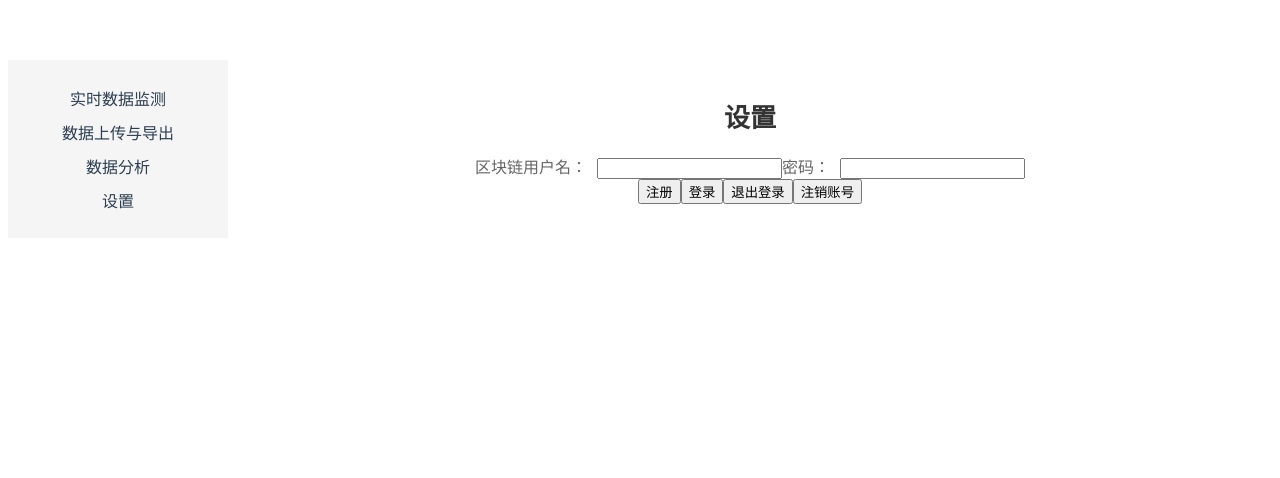
Repository: hyperion0831/The-management-of-IoT-data-sharing-based-on-blockchain
Page: / (app in Dz/frontend/)
An editor plug-in stored every save of this project. The page is shown before and after the next save, followed by the edit.
The browser window is 1280 px wide. The pictures show the whole page.
The project was rebuilt for these pictures with package versions that can differ from the ones it lists, and the page was loaded fresh each time. Also part of the build but not shown: Dz/frontend/vue.config.js, Dz/frontend/src/components/dashboard/DataUploadAndExport.vue, Dz/frontend/src/components/dashboard/DataAnalysis.vue, Dz/frontend/src/components/dashboard/AppSettings.vue.

Above is the page before, as saved 2024-11-03 20:52:45.

After the next save:
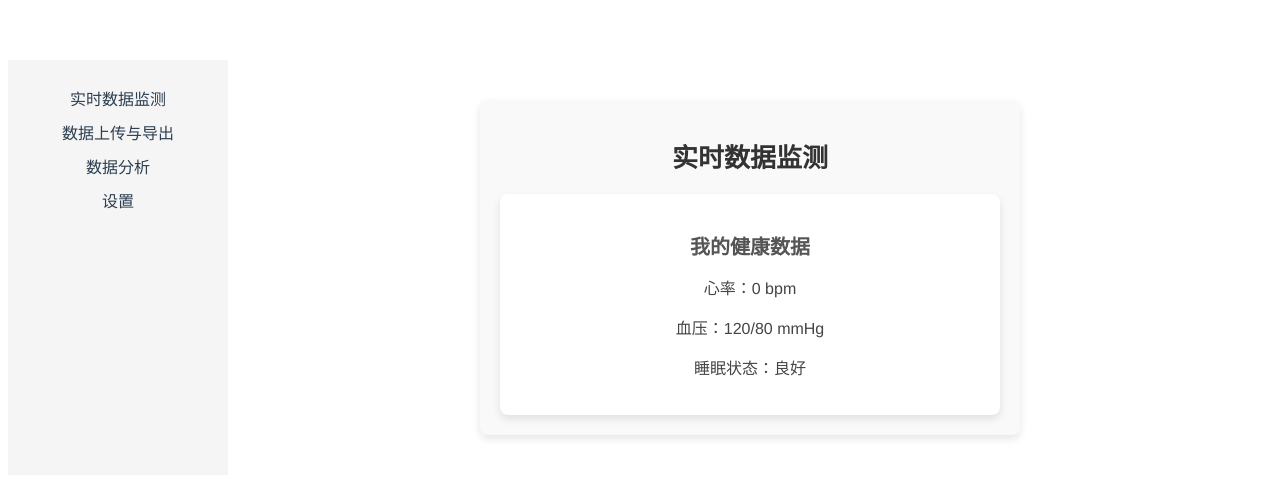
Saved 73 s later.
--- a/Dz/frontend/src/components/dashboard/RealTimeMonitoring.vue
+++ b/Dz/frontend/src/components/dashboard/RealTimeMonitoring.vue
@@ -1,44 +1,32 @@
 <template>
-  <div class="settings">
-    <h1>设置</h1>
-    <div class="blockchain-info">
-      <label>区块链用户名：</label>
-      <input type="text" v-model="displayPublicKey" readonly />
-      <label>密码：</label>
-      <input type="text" v-model="displayPrivateKey" readonly />
+  <div class="real-time-monitoring">
+    <h1>实时数据监测</h1>
+    <div v-if="isDoctor" class="doctor-section">
+      <h2>病人列表</h2>
+      <div class="patient-select">
+        <label>查看病人</label>
+        <select v-model="loadPatients">
+          <option v-for="patient in patients" :key="patient.id" :value="patient">
+            {{ patient.name }}
+          </option>
+        </select>
+      </div>
+      <div class="refresh-rate">
+        <label>刷新频率：</label>
+        <select v-model="refreshRate">
+          <option value="5">5秒</option>
+          <option value="10">10秒</option>
+          <option value="30">30秒</option>
+        </select>
+      </div>
     </div>
-    <div v-if="isLoggedIn" class="user-info">
-      <span>身份：{{ identity === 'doctor' ? '医生' : '普通用户' }}</span>
-      <span>姓名：{{ name }}</span>
-    </div>
-    <div class="buttons">
-      <button @click="toggleView('register')">注册</button>
-      <button @click="toggleView('login')">登录</button>
-      <button @click="logout">退出登录</button>
-      <button @click="clearRegistration">注销账号</button>
-    </div>
-    <div v-if="currentView === 'register' && !isLoggedIn">
-      <h2>注册</h2>
-      <label>选择身份：</label>
-      <select v-model="identity">
-        <option value="doctor">医生</option>
-        <option value="user">普通用户</option>
-      </select>
-      <div v-if="identity === 'doctor'">
-        <label>姓名：</label>
-        <input type="text" v-model="name" placeholder="请输入姓名" />
-        <label>工号：</label>
-        <input type="text" v-model="doctorId" placeholder="请输入工号" />
+    <div v-else class="user-section">
+      <h2>我的健康数据</h2>
+      <div class="user-health-data">
+        <p>心率：{{ userHealthData.heartRate }} bpm</p>
+        <p>血压：{{ userHealthData.bloodPressure }} mmHg</p>
+        <p>睡眠状态：{{ userHealthData.sleepStatus }}</p>
       </div>
-      <div v-else>
-        <label>姓名：</label>
-        <input type="text" v-model="name" placeholder="请输入姓名" />
-      </div>
-      <button @click="generateAndSaveKeyPair">生成密钥对</button>
-      <p v-if="keyGenerated">密钥对已生成并保存到文件中。</p>
-    </div>
-    <div v-else-if="currentView === 'login' && !isLoggedIn">
-      <input type="file" @change="handleFileUpload" />
     </div>
   </div>
 </template>
@@ -125,11 +113,27 @@ export default {
 </script>
 
 <style scoped>
+.real-time-monitoring {
+  max-width: 500px;
+  margin: 20px auto;
+  padding: 20px;
+  background-color: #f9f9f9;
+  border-radius: 8px;
+  box-shadow: 0 4px 8px rgba(0, 0, 0, 0.1);
+  text-align: center;
+}
+
 h1 {
   font-size: 26px;
   color: #333;
-  text-align: center;
   margin-bottom: 20px;
+}
+
+.doctor-section, .user-section {
+  background-color: #ffffff;
+  padding: 20px;
+  border-radius: 8px;
+  box-shadow: 0 4px 8px rgba(0, 0, 0, 0.1);
 }
 
 h2 {
@@ -138,19 +142,16 @@ h2 {
   margin-bottom: 15px;
 }
 
-.doctor-section, .user-section {
-  background-color: #f9f9f9;
-  padding: 20px;
-  border-radius: 8px;
-  box-shadow: 0 4px 8px rgba(0, 0, 0, 0.1);
-  max-width: 600px;
-  margin: 0 auto;
+.patient-select, .refresh-rate {
+  display: flex;
+  align-items: center;
+  justify-content: space-between;
+  margin: 10px 0;
 }
 
 label {
   font-size: 16px;
   color: #666;
-  margin-right: 10px;
 }
 
 select {
@@ -158,44 +159,12 @@ select {
   border: 1px solid #ccc;
   border-radius: 4px;
   font-size: 16px;
+  width: 60%;
 }
 
-ul {
-  list-style-type: none;
-  padding: 0;
-  margin: 0;
-}
-
-li {
-  padding: 10px;
-  background-color: #fff;
-  border: 1px solid #ddd;
-  border-radius: 4px;
-  margin-bottom: 10px;
-}
-
-p {
+.user-health-data p {
   font-size: 16px;
   color: #444;
   margin-top: 10px;
 }
-
-/* 特定样式，控制布局 */
-.refresh-rate, .patient-select {
-  display: flex;
-  align-items: center;
-  margin-top: 15px;
-  gap: 10px;
-}
-
-.patient-select label, .refresh-rate label {
-  font-size: 16px;
-  color: #333;
-}
-
-.user-health-data p {
-  margin: 8px 0;
-  font-size: 16px;
-  color: #444;
-}
 </style>
